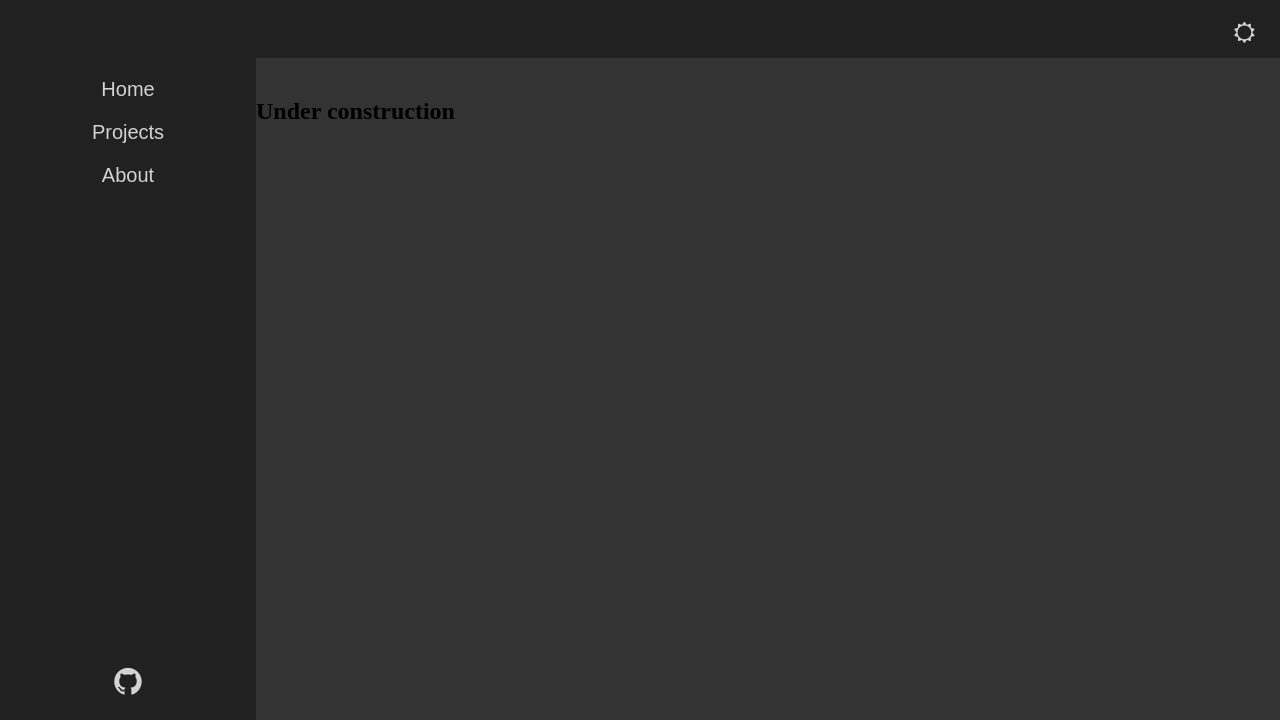
Repository: josephinel6/josephinel6.github.io
Page: index.html
An editor plug-in stored every save of this project. The page is shown before and after the next save, followed by the edit.
The browser window is 1280 px wide. The pictures show the whole page.

Above is the page before, as saved 2023-05-25 11:34:16.

### index.html
<!DOCTYPE html>
<html>

<head>
    <style>
        :root.light {
            --color-bg: #eeeff6;
            --color-menu-text: #4d4d4d;
            --color-page-bg: white;
            --color-obj-bg: #f1f2f3;
            --color-title-text: #4d4d4d;
            --color-gen-text: #4d4d4d;
            --color-menu-hover: darkgrey;
            --color-title-hover: darkgrey;
        }

        :root.dark {
            --color-bg: #212121;
            --color-menu-text: #D3D3D3;
            --color-page-bg: #333333;
            --color-obj-bg: #403f3f;
            --color-title-text: #D3D3D3;
            --color-gen-text: white;
            --color-menu-hover: grey;
            --color-title-hover: grey;
        }

        /* :root {
            --color-bg: black;
        } */

        html,
        body {
            height: 100%;
            width: 100%;
            overflow-x: hidden;

            margin: 0;
            position: relative;
            /* border-color: blue;
            border-radius: 10px;
            border-style: solid; */
            padding: 0;
        }

        #menu {
            height: 100%;
            width: 20%;
            position: absolute;
            z-index: 1;
            top: 0;
            bottom: 0;
            background-color: var(--color-bg);
        }

        #topbar {
            width: 100%;
            height: 8%;
            background-color: var(--color-bg);
            position: absolute;
        }

        .menutext {
            color: var(--color-menu-text);
            font-family: sans-serif;
            font-size: 20px;
        }

        .menutext:hover {
            cursor: pointer;
            color: var(--color-menu-hover);
        }

        .fa-github {
            color: var(--color-menu-text);
        }

        .fa-github:hover {
            color: var(--color-menu-hover);
        }

        .div.markdown-body {
            color: var(--color-gen-text) !important;
        }

        #window {
            background-color: var(--color-page-bg);
            position: absolute;
            height: 92%;
            overflow: hidden;
            width: 80%;
            right: 0;
            bottom: 0;
        }

        .markdownpg {
            color: white !important;
        }

        .tabcontent {
            height: 100%;
            width: 80vw;
            float: right;
            position: absolute;
            overflow-y: scroll;
            padding-top: 2%;
            /* padding-left: 2%;
            padding-right: 2%; */

            /* margin-top: 2.5%;
            margin-left: 2.5%; */
        }

        .projectbutton {
            padding-top: 1px;
            padding-bottom: 1px;
            width: 100%;
            margin-left: 2%;
            margin-right: 2%;
            margin-top: 1%;
            margin-bottom: 1%;
            position: relative;

            background-color: var(--color-obj-bg);
            border-radius: 10px;

            font-family: sans-serif;
            font-size: 30px;
        }

        .projectbutton:hover {
            cursor: pointer;
        }

        .projectbutton:hover>.projectbuttontitle {
            color: var(--color-title-hover);
        }

        .projectbutton:hover>.projectbuttondesc {
            color: var(--color-title-hover);
        }

        .projectbuttontitle {
            margin-left: 3%;
            margin-top: 3%;
            margin-bottom: -2%;
            font-size: 0.85em;
            color: var(--color-title-text);
        }

        #day-night {
            color: var(--color-menu-text);
            z-index: 2;
            position: absolute;
            top: 25px;
            right: 25px;
        }

        .projectbuttondesc {
            font-family: sans-serif;
            font-size: 16px;
            margin: 3%;
            color: var(--color-gen-text);
        }

        #day-night:hover {
            cursor: pointer;
            color: var(--color-menu-hover)
        }

        /* .fa-2x {
            height: 20px !important;
        } */
    </style>
    <link rel="stylesheet" href="https://cdnjs.cloudflare.com/ajax/libs/font-awesome/4.7.0/css/font-awesome.min.css">
    <script type="module" src="https://cdn.jsdelivr.net/gh/zerodevx/zero-md@2/dist/zero-md.min.js"></script>
    <script type="module" src="https://md-block.verou.me/md-block.js"></script>
    <script>
        window.ZeroMdConfig = {
            cssUrls: ['https://cdn.jsdelivr.net/gh/sindresorhus/github-markdown-css@4/github-markdown.min.css',
                'https://cdn.jsdelivr.net/gh/PrismJS/prism@1/themes/prism.min.css', "custom.css"]
        }
    </script>
</head>

<body>
    <div id="menu">
        <div style="position:absolute; top: 8%; width: 100%; text-align: center;">

            <p class="menutext" onclick="openpage('homepage')"> Home </p>
            <p class="menutext" onclick="openpage('projectbuttons')"> Projects </p>
            <p class="menutext" onclick="openpage('aboutpage')"> About </p>

        </div>

        <div style="position:absolute; bottom:3%; width: 100%; text-align: center;">
            <a href="https://github.com/josephinel6" class="fa fa-github fa-2x" style="text-decoration: none;"></a>
        </div>
    </div>
    <div id="topbar">
        <i onclick="daynight()" class="fa fa-sun-o fa-lg" id="day-night"></i>
    </div>
    <div id="window">
        <div id="homepage" class="tabcontent">
            <h2> Under construction </h2>
        </div>
        <div id="projectbuttons" class="tabcontent" style="margin-top: -1%">
            <div class="projectbutton" onclick="openpage('customAPI')">
                <h2 class="projectbuttontitle"> Custom API </h2>
                <p class="projectbuttondesc"> Lorem impsum </p>
            </div>
            <div class="projectbutton" onclick="openpage('bootstrapTest')">
                <h2 class="projectbuttontitle"> Responsiveness </h2>
                <p class="projectbuttondesc"> Lorem impsum </p>
            </div>
            <div class="projectbutton" onclick="openpage('makeupApi')">
                <h2 class="projectbuttontitle"> Makeup API </h2>
                <p class="projectbuttondesc"> Lorem impsum </p>
            </div>
            <div class="projectbutton" onclick="openpage('weatherAPI')">
                <h2 class="projectbuttontitle"> Weather API </h2>
                <p class="projectbuttondesc"> My first project with APIs. </p>
            </div>
        </div>
        <zero-md src="https://josephinel6.github.io/weatherAPI.md" class="tabcontent markdownpg" id="weatherAPI">

        </zero-md>
        <div class="tabcontent" id="aboutpage">
            <zero-md src="https://josephinel6.github.io/about.md" class="markdownpg"></zero-md>
        </div>
        <script>
            var night;

            tabcontent = document.getElementsByClassName("tabcontent");
            for (i = 0; i < tabcontent.length; i++) {
                tabcontent[i].style.display = "none";
            }

            window.onload = function () {
                var night = false;
                var night = true;
                document.documentElement.classList.remove("light")
                document.documentElement.classList.add("dark")
                window.localStorage.setItem('mode', 'dark');
                console.log("dark")
                document.getElementById("homepage").style.display = "block";
            }

            function openpage(pageName) {
                var i, tabcontent, tablinks;
                tabcontent = document.getElementsByClassName("tabcontent");
                for (i = 0; i < tabcontent.length; i++) {
                    tabcontent[i].style.display = "none";
                }
                tablinks = document.getElementsByClassName("tablink");
                for (i = 0; i < tablinks.length; i++) {
                    tablinks[i].style.backgroundColor = "";
                }
                document.getElementById(pageName).style.display = "block";

                document.body.scrollTop = 0;
                document.documentElement.scrollTop = 0;
            }

            function daynight() {
                var daynight = document.getElementById("day-night");
                if (night == true) {
                    daynight.classList.remove("fa-sun-o");
                    daynight.classList.add("fa-moon-o");
                    night = false;
                    document.documentElement.classList.remove("dark")
                    document.documentElement.classList.add("light")
                    window.localStorage.setItem('mode', 'light');
                }
                else {
                    daynight.classList.remove("fa-moon-o");
                    daynight.classList.add("fa-sun-o");
                    night = true;
                    document.documentElement.classList.remove("light")
                    document.documentElement.classList.add("dark")
                    window.localStorage.setItem('mode', 'dark');
                }
            }
        </script>

</body>

</html>

After the next save:
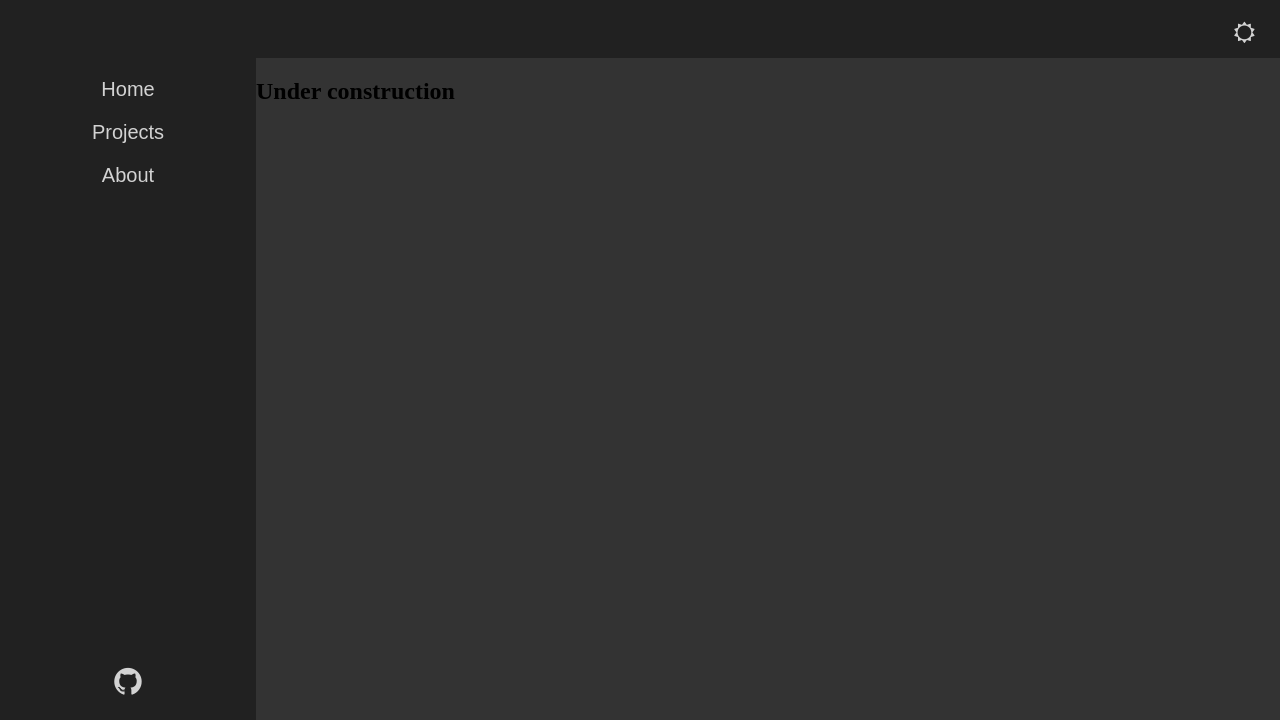
Saved 17 s later.
--- a/index.html
+++ b/index.html
@@ -100,7 +100,8 @@
         .tabcontent {
             height: 100%;
             width: 80vw;
-            float: right;
+            right: 0;
+            bottom: 0;
             position: absolute;
             overflow-y: scroll;
             padding-top: 2%;
